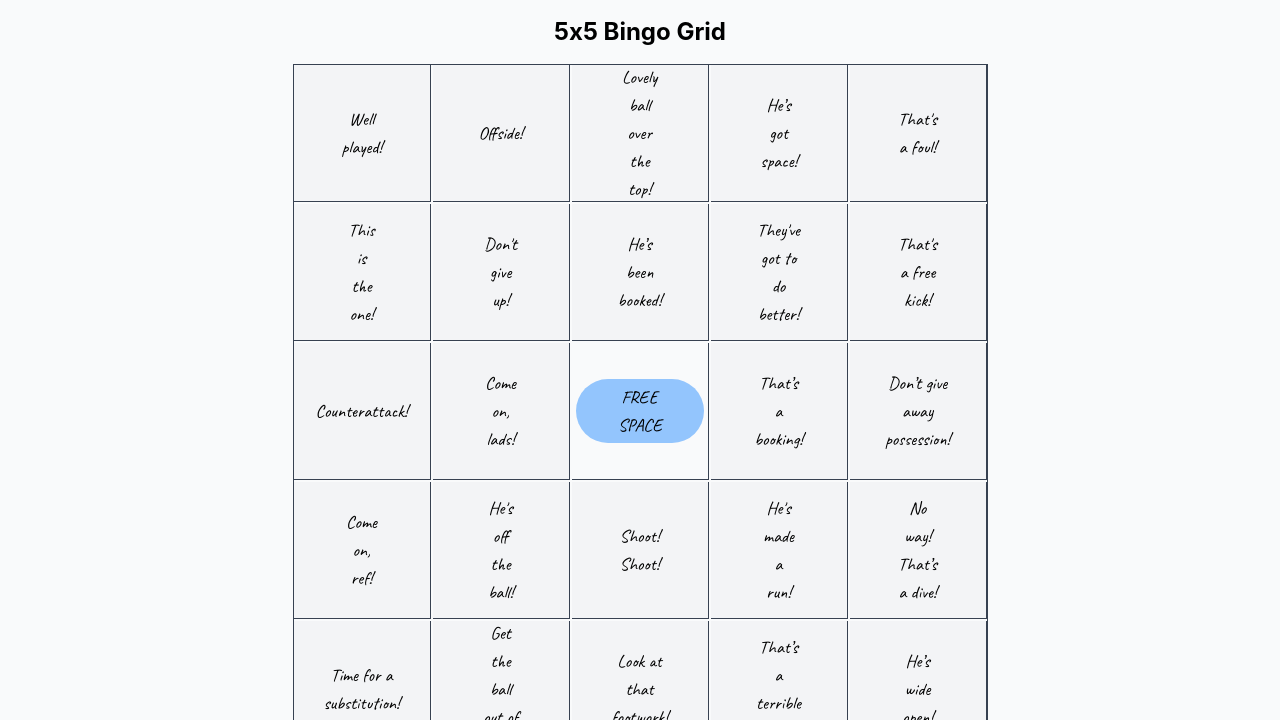
Repository: yassirbn/football-bingo
Page: /
These files come from the project's save history. The page is drawn as it stood at one moment and after the next save; the edit follows.
The browser window is 1280 px wide. The pictures show the whole page.
The project was rebuilt for these pictures with package versions that can differ from the ones it lists, and the page was loaded fresh each time.

Above is the page before, as saved 2024-11-26 18:37:01.

### src/index.css

@import url('https://fonts.googleapis.com/css2?family=Caveat:wght@400;700&display=swap');

@tailwind base;
@tailwind components;
@tailwind utilities;


body {
  margin: 0;
  font-family: -apple-system, BlinkMacSystemFont, 'Segoe UI', 'Roboto', 'Oxygen',
    'Ubuntu', 'Cantarell', 'Fira Sans', 'Droid Sans', 'Helvetica Neue',
    sans-serif;
  -webkit-font-smoothing: antialiased;
  -moz-osx-font-smoothing: grayscale;
}

code {
  font-family: source-code-pro, Menlo, Monaco, Consolas, 'Courier New',
    monospace;
}

### src/App.js
import React from "react";
import BingoGrid from "./component/BingoGrid/BingoGrid";


const App = () => {
  const words  = [
    "What a save!",
    "Offside!",
    "Penalty! Oh, no!",
    "Pass the ball!",
    "That's a dive!",
    "Red card!",
    "Goal! What a strike!",
    "He's on fire!",
    "Foul!",
    "Clear it!",
    "He's through on goal!",
    "Nice touch!",
    "What a tackle!",
    "Great cross!",
    "Counterattack!",
    "He’s injured!",
    "Come on, ref!",
    "Get it in the box!",
    "Keeper's got it!",
    "That's a foul!",
    "No way! That’s a dive!",
    "Good save, keeper!",
    "What a ball!",
    "Hold it up!",
    "Look at that footwork!",
    "Get stuck in!",
    "That’s a booking!",
    "Lovely ball over the top!",
    "That’s a terrible miss!",
    "Get back!",
    "Play to the whistle!",
    "It's all square!",
    "Time for a substitution!",
    "They’re all over them!",
    "Nice pass!",
    "He’s got space!",
    "He’s wide open!",
    "Well played!",
    "Take a shot!",
    "That’s a brilliant goal!",
    "What a finish!",
    "Come on, lads!",
    "Don't give up!",
    "He's made a run!",
    "Get the ball out of there!",
    "Hold the line!",
    "He’s been booked!",
    "That's a red card!",
    "This could be it!",
    "He’s in the clear!",
    "It’s a goal kick!",
    "That's a free kick!",
    "Shoot! Shoot!",
    "That's too easy!",
    "They've got to do better!",
    "He's off the ball!",
    "Put it in the back of the net!",
    "This is getting tense!",
    "He’s looking dangerous!",
    "Don’t give away possession!",
    "He’s gone down easy!",
    "That's a top save!",
    "This is the one!",
    "Make it count!"
  ];


  return (
    <div className="min-h-screen bg-gray-50 flex items-center justify-center">
      <BingoGrid words={words} />
    </div>
  );
};

export default App;

### src/component/BingoGrid/BingoGrid.js
import React, { useState } from "react";

const BingoGrid = ({ words }) => {
  const gridSize = 5; // 5x5 grid
  const totalCells = gridSize * gridSize;

  // Shuffle words only once and store in state
  const initializeGrid = () => {
    const shuffledWords = [...words].sort(() => 0.5 - Math.random()).slice(0, totalCells);

    // Fill with placeholders if not enough words
    while (shuffledWords.length < totalCells) {
      shuffledWords.push("PLACEHOLDER");
    }

    // Replace the center cell with "FREE SPACE"
    const centerIndex = Math.floor(totalCells / 2);
    shuffledWords[centerIndex] = "FREE SPACE";

    return shuffledWords;
  };

  const [gridWords] = useState(initializeGrid);
  const [selectedCells, setSelectedCells] = useState(
    Array(totalCells).fill(false).map((_, i) => i === Math.floor(totalCells / 2)) // Center (FREE SPACE) is pre-selected
  );
  const [bingo, setBingo] = useState(false);

  // Handle cell click
  const handleCellClick = (index) => {
    if (gridWords[index] === "FREE SPACE" || selectedCells[index]) return; // Ignore clicks on FREE SPACE or already selected cells

    const updatedSelection = [...selectedCells];
    updatedSelection[index] = true;
    setSelectedCells(updatedSelection);

    // Check for Bingo
    checkForBingo(updatedSelection);
  };

  // Check for Bingo
  const checkForBingo = (selected) => {
    const checkLine = (line) => line.every((index) => selected[index]);

    // Generate all rows, columns, and diagonals
    const rows = Array.from({ length: gridSize }, (_, i) =>
      Array.from({ length: gridSize }, (_, j) => i * gridSize + j)
    );
    const cols = Array.from({ length: gridSize }, (_, i) =>
      Array.from({ length: gridSize }, (_, j) => j * gridSize + i)
    );
    const diagonal1 = Array.from({ length: gridSize }, (_, i) => i * gridSize + i);
    const diagonal2 = Array.from({ length: gridSize }, (_, i) => (i + 1) * gridSize - (i + 1));

    const lines = [...rows, ...cols, diagonal1, diagonal2];

    if (lines.some(checkLine)) {
      setBingo(true); // Set Bingo to true to trigger animations
    }
  };

  return (
    <div className="p-4 relative h-screen overflow-hidden">
      {/* Fireworks Animation */}
      {bingo && (
        <div className="absolute inset-0 z-20 flex justify-center items-center pointer-events-none">
          {/* Firework Particles */}
          {Array.from({ length: 300 }).map((_, idx) => (
            <div
              key={idx}
              className="fireworks-particle w-4 h-4 rounded-full absolute animate-fireworks"
              style={{
                "--x": `${Math.random() * 120 - 60}vw`, // Expanded X direction
                "--y": `${Math.random() * 120 - 60}vh`, // Expanded Y direction
                "--size": `${Math.random() * 10 + 5}px`, // Random size (larger particles)
                "--duration": `${Math.random() * 2 + 1.5}s`, // Increased duration for longer explosion
                "--delay": `${Math.random() * 0.5}s`, // Random delay
                backgroundColor: `hsl(${Math.random() * 360}, 100%, 50%)`, // Random color (HSL)
                transform: `rotate(${Math.random() * 360}deg)` // Random rotation for more chaos
              }}
            ></div>
          ))}
        </div>
      )}

      {/* Bingo Text Animation */}
      {bingo && (
        <div className="absolute inset-0 flex items-center justify-center z-10 animate-bingo-fade">
          <h2 className="text-7xl sm:text-8xl md:text-9xl lg:text-10xl font-extrabold text-red-600 animate-bingo-shake">
            BINGO!
          </h2>
        </div>
      )}

      {/* Bingo Grid */}
      <h1 className="text-center text-2xl font-bold mb-4">5x5 Bingo Grid</h1>
      <div
        className="grid gap-0.5 border border-gray-700"
        style={{
          gridTemplateColumns: `repeat(${gridSize}, 1fr)`,
        }}
      >
        {gridWords.map((word, index) => (
          <div
            key={index}
            className={`flex items-center justify-center border-b border-r border-gray-700 text-center font-medium aspect-square p-1
              ${selectedCells[index] ? "bg-transparent" : "bg-gray-100 hover:bg-blue-200 cursor-pointer"}
              ${word === "FREE SPACE" ? "cursor-default" : ""}`}
            onClick={() => handleCellClick(index)}
          >
            <div
              className={`${
                selectedCells[index] ? "bg-blue-300 text-white" : "bg-transparent"
              } rounded-full flex items-center justify-center py-3 px-6 sm:py-4 sm:px-8 md:py-6 md:px-12 lg:py-8 lg:px-16`}
              style={{
                width: "50px", // Adjusted for mobile/tablet responsiveness
                height: "50px", // Adjusted for mobile/tablet responsiveness
                minWidth: "50px", // Ensures the circle doesn't shrink smaller than this
              }}
            >
              <span
                className="text-xs sm:text-sm md:text-base lg:text-lg font-medium text-black font-handwritten"
              >
                {word}
              </span>
            </div>
          </div>
        ))}
      </div>
    </div>
  );
};

export default BingoGrid;

### tailwind.config.js
/** @type {import('tailwindcss').Config} */
module.exports = {
  content: ['./src/**/*.{js,jsx,ts,tsx}'],
  theme: {
    extend: {
      fontFamily: {
        handwritten: ["'Caveat'", "cursive"],
      },
      animation: {
        fireworks: "fireworks 1.5s ease-out forwards",
        "bingo-fade": "bingo-fade 2s ease-out forwards",
        "bingo-shake": "bingo-shake 0.5s ease-in-out infinite",
      },
      keyframes: {
        fireworks: {
          "0%": {
            transform: "scale(0) translate(0, 0)",
            opacity: 1,
          },
          "50%": {
            transform: "scale(1) translate(var(--x), var(--y))",
            opacity: 1,
          },
          "100%": {
            transform: "scale(2) translate(var(--x), var(--y))",
            opacity: 0,
          },
        },
        "bingo-fade": {
          "0%": { opacity: 0 },
          "100%": { opacity: 1 },
        },
        "bingo-shake": {
          "0%": { transform: "rotate(0)" },
          "25%": { transform: "rotate(5deg)" },
          "50%": { transform: "rotate(0)" },
          "75%": { transform: "rotate(-5deg)" },
          "100%": { transform: "rotate(0)" },
        },
      },
    },
  },
  plugins: [],
}

Loaded but not shown: public/index.html (common file); src/index.js (common file); src/reportWebVitals.js (common file)

After the next save:
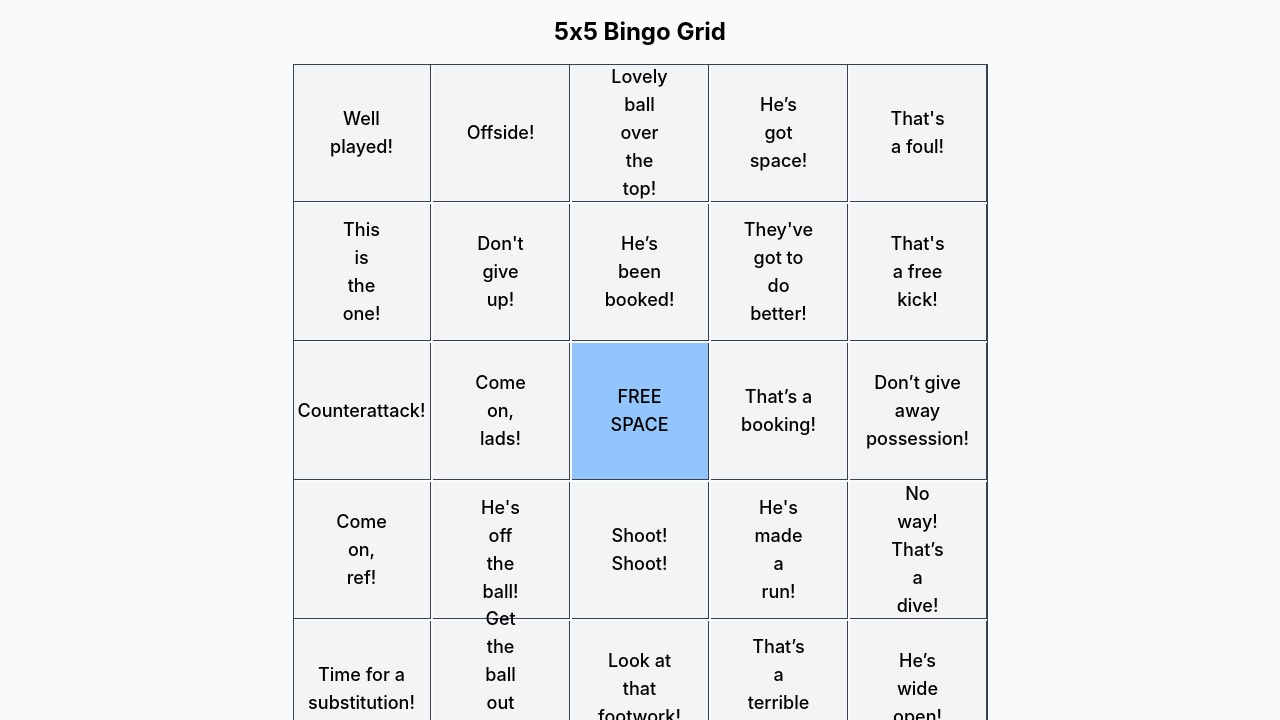
Saved 112 s later.
--- a/src/component/BingoGrid/BingoGrid.js
+++ b/src/component/BingoGrid/BingoGrid.js
@@ -104,13 +104,13 @@
           <div
             key={index}
             className={`flex items-center justify-center border-b border-r border-gray-700 text-center font-medium aspect-square p-1
-              ${selectedCells[index] ? "bg-transparent" : "bg-gray-100 hover:bg-blue-200 cursor-pointer"}
+              ${selectedCells[index] ? "bg-blue-300" : "bg-gray-100 hover:bg-blue-200 cursor-pointer"}
               ${word === "FREE SPACE" ? "cursor-default" : ""}`}
             onClick={() => handleCellClick(index)}
           >
             <div
               className={`${
-                selectedCells[index] ? "bg-blue-300 text-white" : "bg-transparent"
+                selectedCells[index] ? "text-white" : "text-black"
               } rounded-full flex items-center justify-center py-3 px-6 sm:py-4 sm:px-8 md:py-6 md:px-12 lg:py-8 lg:px-16`}
               style={{
                 width: "50px", // Adjusted for mobile/tablet responsiveness
@@ -119,7 +119,7 @@
               }}
             >
               <span
-                className="text-xs sm:text-sm md:text-base lg:text-lg font-medium text-black font-handwritten"
+                className="text-xs sm:text-sm md:text-base lg:text-lg font-medium text-black font-handwriting"
               >
                 {word}
               </span>

After the save that followed:
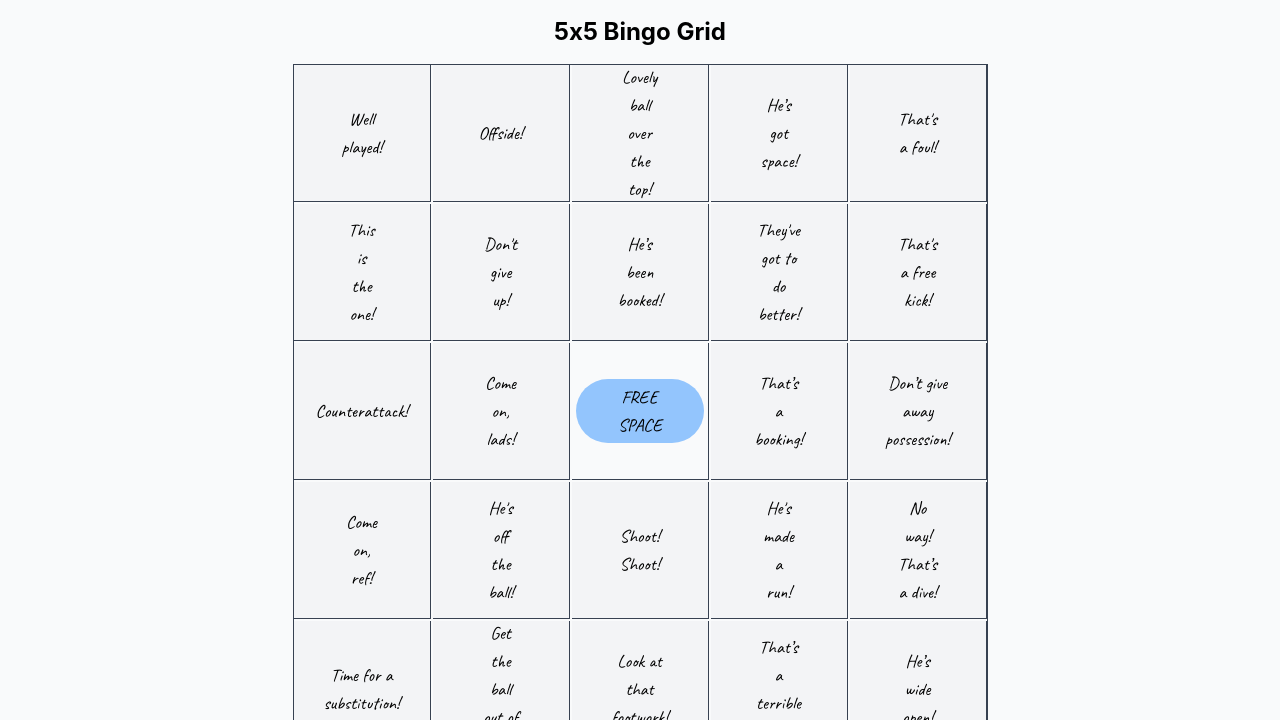
Saved 25 s later.
--- a/src/component/BingoGrid/BingoGrid.js
+++ b/src/component/BingoGrid/BingoGrid.js
@@ -104,13 +104,13 @@
           <div
             key={index}
             className={`flex items-center justify-center border-b border-r border-gray-700 text-center font-medium aspect-square p-1
-              ${selectedCells[index] ? "bg-blue-300" : "bg-gray-100 hover:bg-blue-200 cursor-pointer"}
+              ${selectedCells[index] ? "bg-transparent" : "bg-gray-100 hover:bg-blue-200 cursor-pointer"}
               ${word === "FREE SPACE" ? "cursor-default" : ""}`}
             onClick={() => handleCellClick(index)}
           >
             <div
               className={`${
-                selectedCells[index] ? "text-white" : "text-black"
+                selectedCells[index] ? "bg-blue-300 text-white" : "bg-transparent"
               } rounded-full flex items-center justify-center py-3 px-6 sm:py-4 sm:px-8 md:py-6 md:px-12 lg:py-8 lg:px-16`}
               style={{
                 width: "50px", // Adjusted for mobile/tablet responsiveness
@@ -119,7 +119,7 @@
               }}
             >
               <span
-                className="text-xs sm:text-sm md:text-base lg:text-lg font-medium text-black font-handwriting"
+                className="text-xs sm:text-sm md:text-base lg:text-lg font-medium text-black font-handwritten"
               >
                 {word}
               </span>
